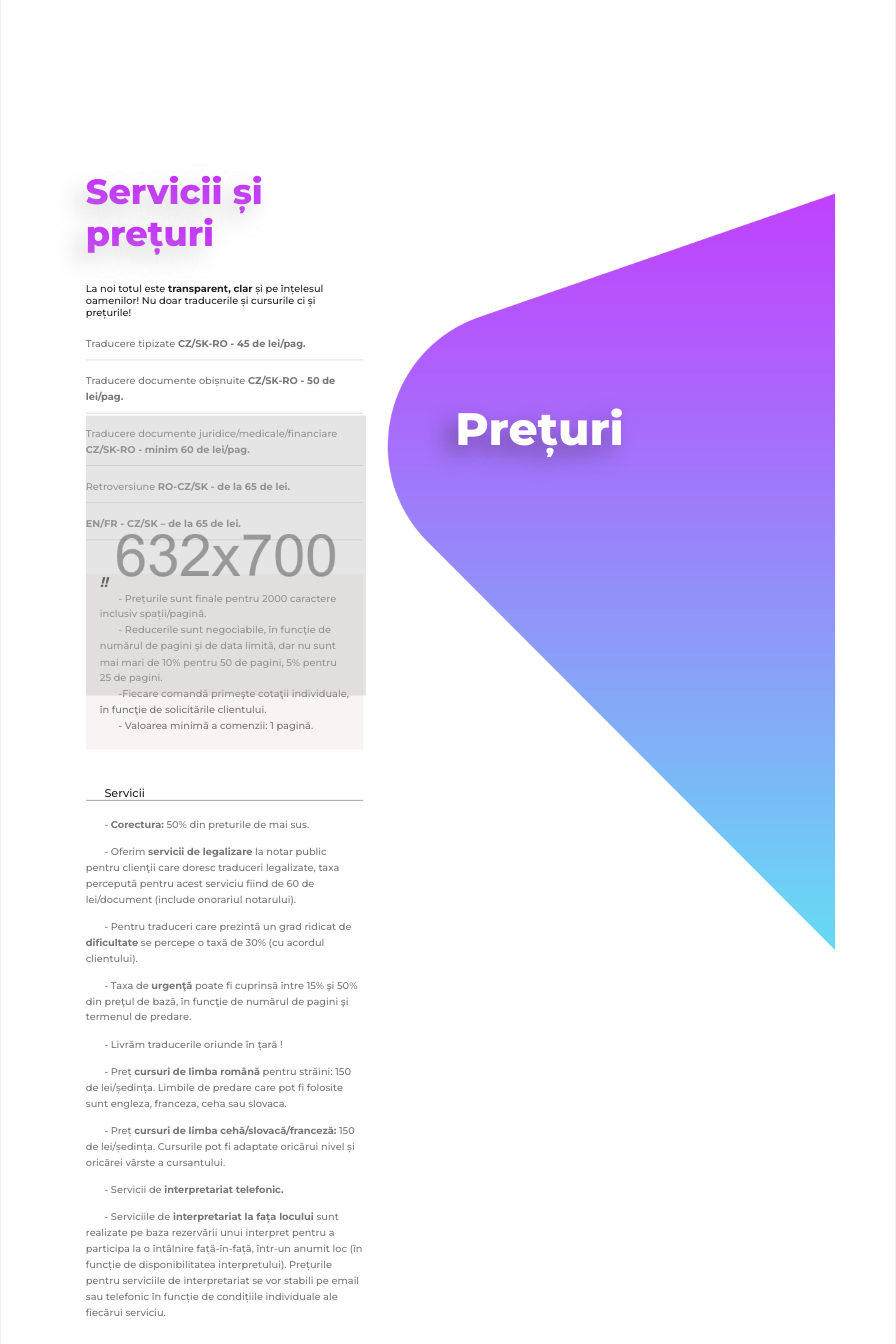
Repository: roscaImarius/site_traduceri
Page: index.html
An editor plug-in stored every save of this project. The page is shown before and after a run of saves, followed by the edit.
The browser window is 1280 px wide. The pictures show the part of the page from y = 3184 to 5104 px (the page is 6450 px tall before and 7813 px after), at 70% of full size.

Above is the page before, as saved 2022-03-22 03:30:46.

### index.html
<!DOCTYPE html>
<html lang="en" class="no-js">
  <head>
    <meta
      name="viewport"
      content="width=device-width, initial-scale=1, shrink-to-fit=no"
    />
    <meta name="author" content="CodePixar" />
    <meta name="description" content="" />
    <meta name="keywords" content="" />
    <meta charset="UTF-8" />

    <title>Traduceri</title>
     <link rel="shortcut icon" href="img/favicon.png">
    <link
      href="https://fonts.googleapis.com/css?family=Montserrat:500,600,700,800,900"
      rel="stylesheet"
    />
    <link
      href="https://fonts.googleapis.com/css?family=Open+Sans:400,600"
      rel="stylesheet"
    />
    <!-- ===========================================
		CSS Files
    ============================================= -->
    <link rel="stylesheet" href="css/font-awesome.min.css" />
    <link rel="stylesheet" href="css/bootstrap.css" />
    <link rel="stylesheet" href="css/main.css" />
  </head>

  <body class="version5" id="top">
    <div class="se-pre-con"></div>

    <!--================ Start Banner Area =================-->
    <section class="home-area" id="home">
      <div class="banner-area relative">
        <div class="container-fluid">
          <div class="row justify-content-center height align-items-center">
            <div class="col-lg-5 col-md-6 col-sm-12">
              <div class="banner-img">
                <img class="img-fluid" src="img/logo.svg" alt="" />
              </div>
            </div>
            <div class="col-lg-5 col-md-6 col-sm-12">
              <div class="banner-content text-right">
                <!-- <h4 class="mb-30 hello text-uppercase text-white">
                  Salut, noi suntem
                </h4> -->
                <h1 class="name">Catrina Traduceri</h1>
                <p class="mt-5 h6 pHome dark">
                  Ne numărăm printre foarte puținii traducători autorizați de
                  Ministerul Justiției din România pentru traduceri din limbile
                  slave, de nisă: cehă, slovacă și ucraineană.
                </p>
              </div>
            </div>
          </div>
        </div>
      </div>
    </section>
    <!--================Header Menu Area =================-->
    <header class="header_area" id="header5">
      <div class="main_menu">
        <nav class="navbar navbar-expand-lg">
          <div class="container-fluid">
            <!-- Brand and toggle get grouped for better mobile display -->
            <a class="navbar-brand logo_h" href="index.html"
              ><img class="logoo" src="img/logo.png" alt=""
            /></a>
            <button
              class="navbar-toggler"
              type="button"
              data-toggle="collapse"
              data-target="#navbarSupportedContent"
              aria-controls="navbarSupportedContent"
              aria-expanded="false"
              aria-label="Toggle navigation"
            >
              <i class="fas fa-bars"></i>
            </button>
            <!-- Collect the nav links, forms, and other content for toggling -->
            <div
              class="collapse navbar-collapse offset"
              id="navbarSupportedContent"
            >
              <ul class="nav navbar-nav menu_nav ml-auto nav5">
                <li class="nav-item active5">
                  <a class="nav-link" href="#home" >Acasă</a>
                </li>
                <li class="nav-item">
                  <a class="nav-link" href="#about" >Despre</a>
                </li>
                <li class="nav-item">
                  <a class="nav-link" href="#educatie"  >Referințe</a>
                </li>
                <li class="nav-item">
                  <a class="nav-link" href="#portfolio" >Prețuri</a>
                </li>
                <li class="nav-item" >
                  <a class="nav-link" href="#contact" >Contact</a>
                </li>
              </ul>

              <!-- SOCIAL MEDIA -->
              <ul class="nav navbar-nav social-icons">
                <li class="nav-item">
                  <a href="https://www.facebook.com/catrina.traduceri">
                    <i class="fab fa-facebook-f"></i>
                  </a>
                </li>
                <li class="nav-item">
                  <a
                    href="https://www.linkedin.com/in/ionut-catrina-405244178/"
                  >
                    <i class="fab fa-linkedin"></i>
                  </a>
                </li>

              </ul>
            </div>
          </div>
        </nav>
      </div>
    </header>

    <!--================ Start About Area =================-->
    <section class="about-area section-gap-top-5 relative" id="about">
      <div class="container-fluid">
        <div class="row row-reverse">
             <div class="megafon"></div>
          <div class="offset-lg-2 col-lg-4 col-md-12">
            <h2 class="heading mb-40">Lucrați cu profesioniști!</h2>
            <p>
              Întreprindere de familie cu capital 100% românesc si cu o
              experiență de peste
              <span style="font-weight: bold">13 ani</span> în domeniul
              traducerilor, activăm cu pasiune, profesionalism și
              responsabilitate și vă oferim traduceri
              <span style="font-weight: bold"> autorizate și legalizate</span>
              în principal din limbi
              <span style="font-weight: bold">slave</span>: cehă, slovacă și
              ucraineană, dar și din cele mai importante limbi de circulație
              internațională: engleza și franceza. <br />
            </p>
            <p>
              Suntem absolvenți ai uneia dintre cele mai bune facultăți a
              Universității din București,<span style="font-weight: bold">
                Facultatea de Limbi și Literaturi străine</span
              >, filologi specializați în domeniul traducerilor ca urmare a
              absolvirii Masteratului de Studii Culturale Slave și Traductologie
              și a numeroase burse de specializare în țările din a căror limbă
              traducem. <br/>
            </p>
              <p>
               Avem o colaborare de lungă durată, bazată pe
               <span style="font-weight: bold">
                profesionalism și seriozitate</span>, cu Birouri Notariale, Instanțe judecătorești, organe de
              urmărire penală, avocați.
              </p>
              <p>

                   Nu ezitați să ne contactați pentru o
                 cotație de preț pentru traduceri autorizate și legalizate din
                 aceste limbi. Lucrând în familie și între prieteni, vă putem
                 garanta prețuri corecte, care ajung într-o proporție echitabilă la
                 traducătorul care le realizează și care are cea mai importantă
                 contribuție la documentul final.
              </p>

            <p>
              Oferim și: <br />
              <span style="font-weight: bold">-cursuri de limbă română</span>
              pentru străini, <br />
              <span style="font-weight: bold"
                >-cursuri de limbă cehă sau limba slovacă</span
              >
              pentru orice nivel de limbă. <br />
            </p>
            <p>
              Ne putem adapta nevoilor Dvs. și vă putem ajuta cu
              <span style="font-weight: bold">training-uri</span> de limbă cehă
              sau slovacă pentru anumite domenii sau specializări.
            </p>
          </div>

          <div class="col-lg-6 p-0 col-md-12">
            <div class="right-side">
              <h2 class="text-white right-heading">Despre</h2>
            </div>
          </div>
        </div>
      </div>
    </section>

    <!--================ Start Experience Area =================-->
    <section class="experience-area relative" id="educatie">
      <div class="container-fluid">
        <div class="row">
          <div class="col-lg-6 p-0 col-md-12">
            <div class="left-side">
              <h2 class="text-white indented cv left-heading">Referințe</h2>
            </div>
          </div>

          <div class="xpDiv col-lg-4 md-mr col-md-12">
            <h2 class="heading mb-80">Clienții noștri</h2>
            <div class="resume-content">
                 <div class="referinteDrawing"></div>
              <div class="work-exp mb-50">
                  <p>Avem o colaborare de lungă durată, bazată pe
                     profesionalism cu:
                  </p>
                  <p> - Birouri Notariale     </p>
                  <p>- Tribunale</p>
                  <p> - Poliția Română</p>
                  <p>- Numeroase birouri de traduceri și firme din toată țara.</p>

                  <!-- În urma absolvirii unui curs specializat, am obținut
                  calificarea de trainer de limba română pentru străini.
                  Experiență în domeniul Proiectelor finanțate din fonduri
                  europene (POSDRU). In perioada 1.7.2010 - 1.11.2013 am ocupat
                  pozitia de Responsabil vizite de studiu – schimb de experiență
                  în cadrul unor proiecte transnaționale (între România și
                  Republica Cehă). -->

              </div>
            </div>
          </div>
        </div>
      </div>
    </section>

    <!--================ Start PRICE Area =================-->
    <section class="price-area section-gap-top-5 relative" id="portfolio">
      <div class="container-fluid">
        <div class="row row-reverse">
          <div class="divFaraPret offset-lg-1 col-lg-4 col-md-12">
               <div class="pretDrawing"></div>
            <h2 class="heading mb-40">Servicii și prețuri</h2>
            <h6 class="mb-4">
              La noi totul este  <span style="font-weight: bold">transparent, clar</span> și pe înțelesul oamenilor! Nu
              doar traducerile și cursurile ci și prețurile!
            </h6>
            <div class="boxPreturi">
              <p>
                Traducere tipizate
                <span style="font-weight: bold">CZ/SK-RO - 45 de lei/pag.</span>
              </p>
              <p>
                Traducere documente obișnuite
                <span style="font-weight: bold">CZ/SK-RO - 50 de lei/pag.</span>
              </p>
              <p>
                Traducere documente juridice/medicale/financiare
                <span style="font-weight: bold">CZ/SK-RO - minim 60 de lei/pag.</span>
              </p>
              <p>
                Retroversiune <span style="font-weight: bold"
                  >RO-CZ/SK - de la 65 de lei.</span
                >
              </p>
              <p><span style="font-weight: bold"
                  >EN/FR - CZ/SK – de la 65 de lei.</span</p>
            </div>
            <div class="preturiInfo">
                 <div class="borderPret">

                      <i><h4 class="mt-5"><b>!!</b></h4></i>
                      <ul style='text-indent: 20pt'>
                         <li>-   Prețurile sunt finale pentru 2000 caractere inclusiv spații/pagină.</li>
                         <li>-  <span> Reducerile</span> sunt negociabile, în funcţie de numărul de pagini şi de data limită, dar nu sunt mai mari de 10% pentru 50 de pagini, 5% pentru 25 de pagini.</li>
                         <li>-Fiecare comandă primeşte cotaţii individuale, în funcţie de solicitările clientului.</li>
                         <li>-  Valoarea minimă a comenzii: 1 pagină.</li>
                      <ul/><br>
                 </div>

                 <div class="servicii">
                         <br/>
                         <div class="serviciih5">

                              <h5 >Servicii</h5>
                         </div>
                         <br>
                         <p>- <span style="font-weight: bold">Corectura:</span>  50% din preturile de mai sus.</p>
                         <p class="">- Oferim <span style="font-weight: bold">servicii de legalizare</span>  la notar public pentru clienţii
                              care doresc traduceri legalizate, taxa percepută pentru acest serviciu fiind de 60 de
                              lei/document (include onorariul notarului).
                         </p>
                         <p>- Pentru traduceri care prezintă un grad ridicat de  <span style="font-weight: bold">dificultate</span>  se percepe
                              o taxă de 30% (cu acordul clientului). </p>
                              <p>- Taxa de <span style="font-weight: bold">urgenţă</span> poate fi cuprinsă între 15% şi 50% din preţul
                              de bază, în funcţie de numărul de pagini şi termenul de predare.
                              </p>
                      <p>

                         - Livrăm traducerile oriunde în țară !
                        </p>
                       <p>- Preț <span style="font-weight: bold">cursuri de limba română</span>  pentru străini: 150 de lei/ședința.
                         Limbile de predare care pot fi folosite sunt engleza, franceza, ceha sau slovaca.
                      </p>
                      <p>- Preț <span style="font-weight: bold">cursuri de limba cehă/slovacă/franceză:</span> 150 de lei/ședința.
                              Cursurile pot fi adaptate oricărui nivel și oricărei vârste a cursantului.
                      </p>
                              <p> - Servicii de <span style="font-weight: bold">interpretariat telefonic.</span>
                              </p>
                         <p> - Serviciile de <span style="font-weight: bold">interpretariat la fața locului </span> sunt realizate pe baza
                                   rezervării unui interpret pentru a participa la o întâlnire față-în-față,
                                   într-un anumit loc (în funcție de disponibilitatea interpretului).
                              Prețurile pentru serviciile de interpretariat se vor stabili pe email sau telefonic
                                   în funcție de condițiile individuale ale fiecărui serviciu.
                         </p>
                         </p>
                 </div>

            </div>
          </div>

          <div class="divPreturi col-lg-6 p-0 col-md-12">
            <div class="right-side">
              <h2 class="text-white right-heading">Prețuri</h2>
            </div>
          </div>
        </div>
      </div>
    </section>

    <!--================ Start CONTACT Area =================-->
    <section class="client-area relative" id="contact">
      <div class="container-fluid">
        <div class="row">
          <div class="col-lg-6 p-0 col-md-12">
            <div class="left-side">
              <h2 class="text-white left-heading">Contact</h2>
            </div>
          </div>

          <div class="contactDiv offset-lg-2 col-lg-4 col-md-12">





                         <div class="form-area text-left">
              <h5><i>Telefon:</i></h5>
              <p>+40 726 471 135 <br /></p>
            </div>

            <div class="form-area text-left">
              <h5><i>E-mail:</i></h5>
              <p>

                   <a href="mailto:catrina.traduceri@yahoo.com">catrina.traduceri@yahoo.com</a>
              </p>
            </div>

            <div class="form-area adresa text-left">
              <h5><i>Adresă punct de lucru:</i></h5>
              <p>
              Str. Ștefan Protopopescu nr. 2, Bl. 24, Sc. A, Ap. 7, sector 1, Bucuresti.
              </p>

              <br>
              <br>

              <h5><i>Program:</i></h5><br>
              <p>L-V 08:00 - 21:00 </p>
              <p>S – 10:00 – 13:00</p>
              <p>D - Închis</p>
            </div>





          </div>






        </div>
      </div>
    </section>

    <!--= Start Scroll to Top Area ########## -->
    <div id="back-top">
      <a title="Go to Top" href="#">
        <i class="fas fa-angle-up"></i>
      </a>
    </div>

    <script src="js/vendor/jquery-2.2.4.min.js"></script>
    <script src="js/popper.min.js"></script>
    <script src="js/vendor/bootstrap.min.js"></script>
    <!-- <script src="js/vendor/mail-script.js"></script> -->
    <script src="js/jquery.ajaxchimp.min.js"></script>
    <script src="js/counter-up.js"></script>
    <script src="js/isotope.pkgd.min.js"></script>
    <script src="js/waypoints.min.js"></script>
    <script src="js/main.js"></script>
  </body>
</html>

Loaded but not shown: css/font-awesome.min.css (library); css/bootstrap.css (library); js/vendor/jquery-2.2.4.min.js (library); js/popper.min.js (library); js/vendor/bootstrap.min.js (library); js/jquery.ajaxchimp.min.js (library); js/isotope.pkgd.min.js (library); js/waypoints.min.js (library); js/main.js (92 lines, source omitted); js/counter-up.js (8 lines, source omitted); css/main.css (1616 lines, source omitted)

After the next 5 saves:
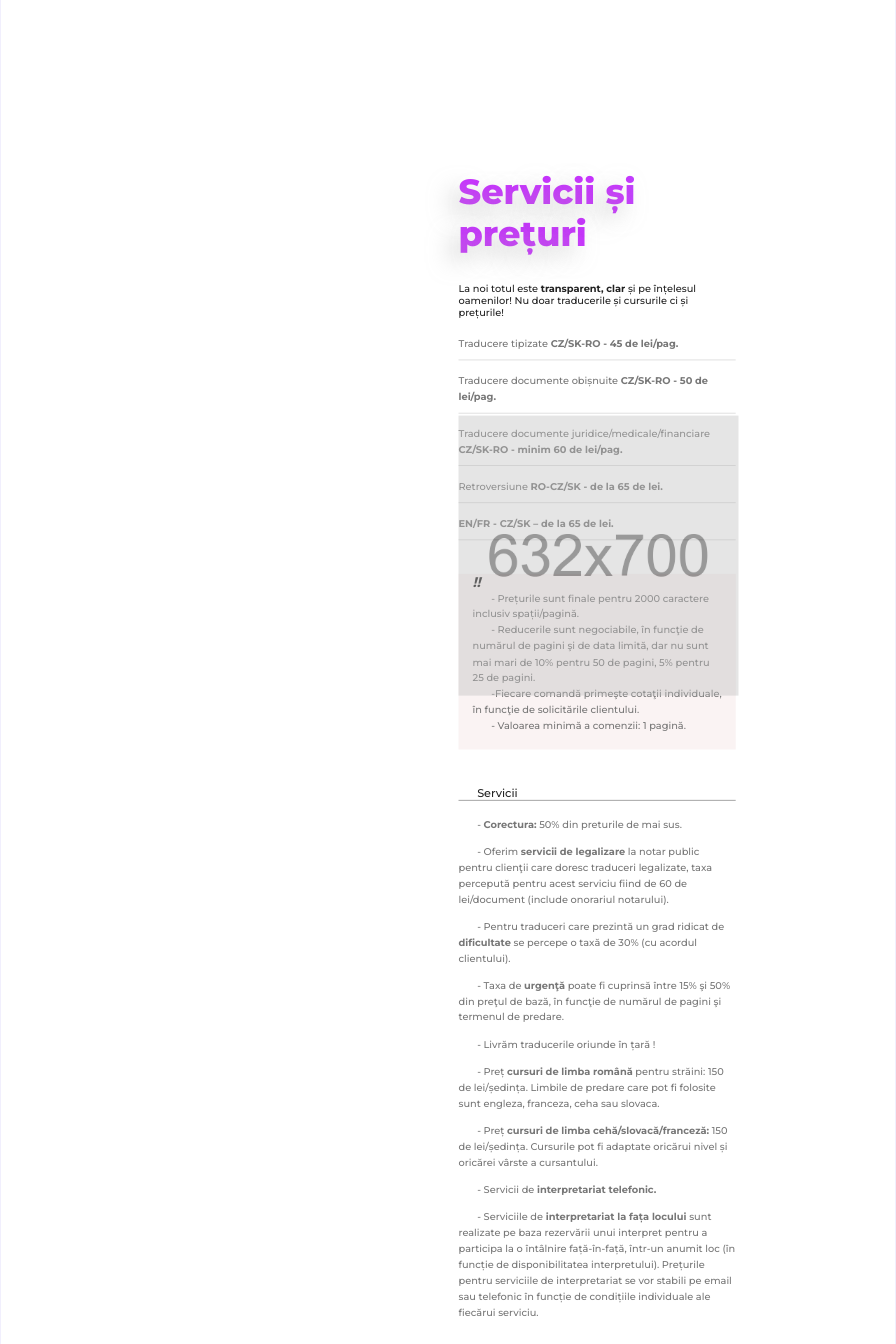
The 5 saves are shown as one change because they came seconds apart.
The last was saved 17 s later.
--- a/index.html
+++ b/index.html
@@ -234,7 +234,7 @@
     <section class="price-area section-gap-top-5 relative" id="portfolio">
       <div class="container-fluid">
         <div class="row row-reverse">
-          <div class="divFaraPret offset-lg-1 col-lg-4 col-md-12">
+          <div class="divFaraPret offset-lg-6 col-lg-4 col-md-12">
                <div class="pretDrawing"></div>
             <h2 class="heading mb-40">Servicii și prețuri</h2>
             <h6 class="mb-4">
